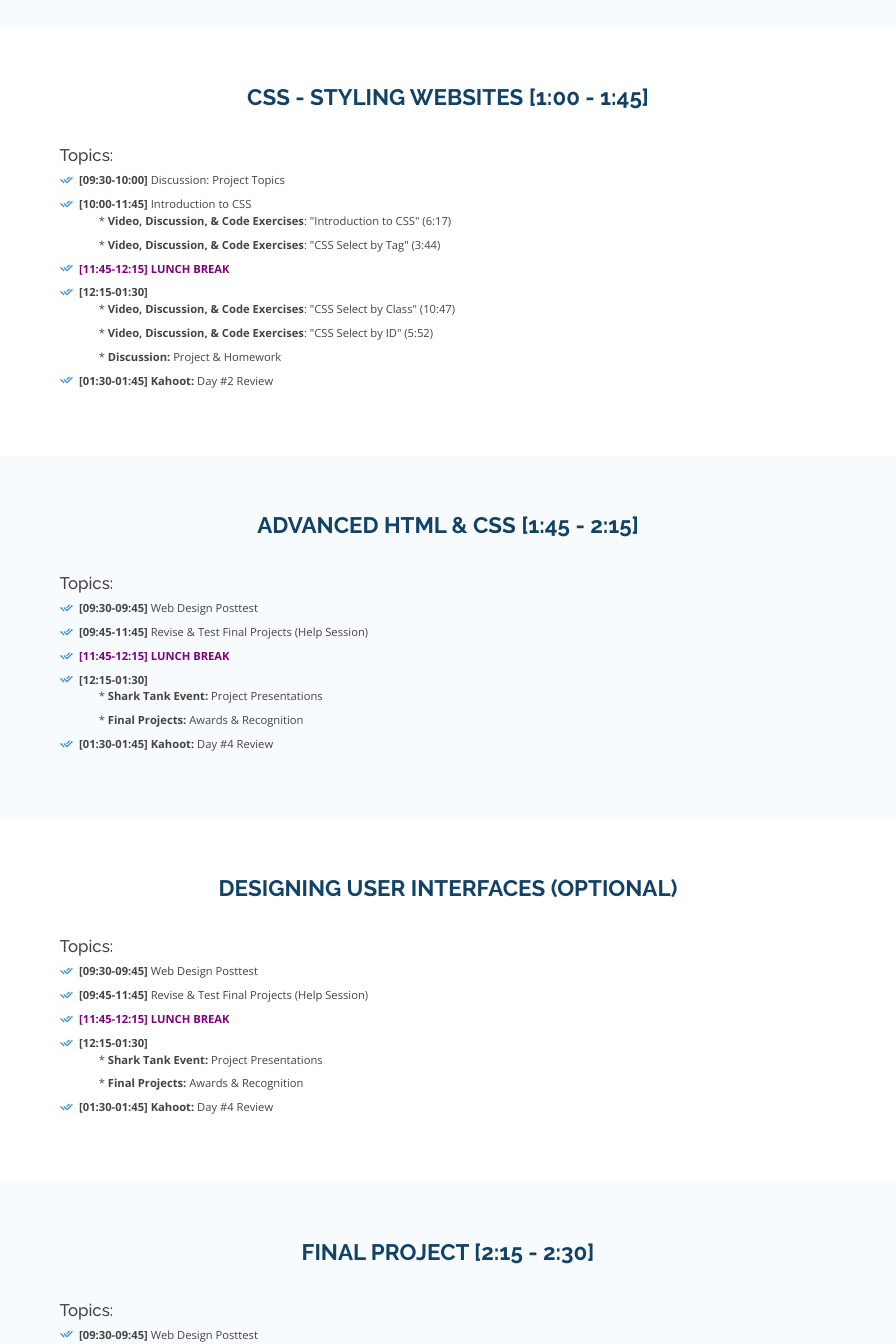
Repository: cchatmon/BMIT-Program
Page: BMIT_OnePage/index.html
The author's editor kept a record of every edit. The page is drawn from the files as they stood at one moment, then again after the next edit.
The browser window is 1280 px wide. The pictures show the part of the page from y = 1499 to 3419 px (the page is 3776 px tall before and 3708 px after), at 70% of full size.
Backgrounds fixed to the window are drawn as part of the page.

Above is the page before.

### BMIT_OnePage/index.html
<!DOCTYPE html>
<html lang="en">

<head>
  <meta charset="utf-8">
  <meta content="width=device-width, initial-scale=1.0" name="viewport">

  <title>FSU BMIT Program</title>
  <meta content="" name="descriptison">
  <meta content="" name="keywords">

  <!-- Favicons -->
  <link href="assets/img/favicon.png" rel="icon">
  <link href="assets/img/apple-touch-icon.png" rel="apple-touch-icon">

  <!-- Google Fonts -->
  <link href="https://fonts.googleapis.com/css?family=Open+Sans:300,300i,400,400i,600,600i,700,700i|Raleway:300,300i,400,400i,500,500i,600,600i,700,700i|Poppins:300,300i,400,400i,500,500i,600,600i,700,700i" rel="stylesheet">

  <!-- Vendor CSS Files -->
  <link href="assets/vendor/bootstrap/css/bootstrap.min.css" rel="stylesheet">
  <link href="assets/vendor/icofont/icofont.min.css" rel="stylesheet">
  <link href="assets/vendor/boxicons/css/boxicons.min.css" rel="stylesheet">
  <link href="assets/vendor/remixicon/remixicon.css" rel="stylesheet">
  <link href="assets/vendor/venobox/venobox.css" rel="stylesheet">
  <link href="assets/vendor/owl.carousel/assets/owl.carousel.min.css" rel="stylesheet">
  <link href="assets/vendor/aos/aos.css" rel="stylesheet">

  <!-- Template Main CSS File -->
  <link href="assets/css/style.css" rel="stylesheet">

  <!-- =======================================================
  * Template Name: OnePage - v2.0.0
  * Template URL: https://bootstrapmade.com/onepage-multipurpose-bootstrap-template/
  * Author: BootstrapMade.com
  * License: https://bootstrapmade.com/license/
  ======================================================== -->
</head>

<body>

  <!-- ======= Header ======= -->
  <header id="header" class="fixed-top">
    <div class="container d-flex align-items-center">

      <h1 class="logo mr-auto"><a href="index.html">FSU BMIT Program</a></h1>
      <!-- Uncomment below if you prefer to use an image logo -->
      <!-- <a href="index.html" class="logo mr-auto"><img src="assets/img/logo.png" alt="" class="img-fluid"></a>-->

      <nav class="nav-menu d-none d-lg-block">
        <ul>
          <li><a href="#getStarted">Getting Started</a></li>
          <li><a href="#htmlStructure">HTML - Structuring Websites</a></li>
          <li><a href="#cssStyling">CSS - Styling Websites</a></li>
          <li><a href="#advanceHTML">Advance HTML & CSS</a></li>
          <li><a href="#userInterface">Designing User Interfaces</a></li>
          <li><a href="#finalProject">Final Project</a></li>
        </ul>
      </nav><!-- .nav-menu -->
    </div>
  </header><!-- End Header -->

  <!-- ======= Hero Section ======= -->
  <section id="hero" class="d-flex align-items-center">
    <div class="container position-relative" data-aos="fade-up" data-aos-delay="100">
      <div class="row justify-content-center">
        <div class="col-xl-7 col-lg-9 text-center">
          <h1>BMIT Web Design Training</h1>
          <h2>Instructor:  Christy Chatmon</h2>
        </div>
      </div>
      </div>
  </section><!-- End Hero -->

  <main id="main">

    <!-- ======= Get Started ======= -->
    <section id="getStarted" class="about">
      <div class="container" data-aos="fade-up">

        <div class="section-title">
          <h2>Getting Started [11:45 - 12:15]</h2>
          <p>Getting Started & Structuring Websites using HTML </p>
        </div>

        <div class="row content">
          <div class="col-lg-12">
            <p>In today's world, web pages are the most common medium for sharing ideas and information.  Learning to design websites is an incredibly useful skill for any career path. The CodeHS Web Design course is a project-based course that teaches students how to build their own web pages. Students will learn the languages HTML and CSS, and will create their own live homepages to serve as portfolios of their creations. By the end of this session, students will be able to explain how web pages are developed and viewed on the Internet,analyze and fix errors in existing websites, and create their very own multi-page websites.  Students will learn the foundations of user interface design, rapid prototyping and user testing,and will work to create professional, mobile responsive websites.
            </p>
            <ul>
              <li><i class="ri-check-double-line"></i>introductions & CodeHS
                  <ul>
                    <li>* <a href="https://codehs.com/go/6C265"><u>Click to go to CodeHS</u></a></li>
                    <li>* Use the following code to join the class:  <b style="color:red;">6C265</b></li>
                    <li>* Web Development Resources:
                          <ul>
                            <li><a href="https://www.w3schools.com/">-- <u>w3schools Online Web Tutorials</u></a></li>
                            <li><a href="https://www.tutorialspoint.com/html/index.htm">-- <u>Tutorialspoint</u></a></li>
                            <li><a href="https://html.com/">-- <u>Learn HTML Code, Tags & CSS</u></a></li>
                          </ul>
                    </li>
                  </ul>
              </li>

              <li><i class="ri-check-double-line"></i><b>[12:15-12:30]</b> Web Design Pretest (15 questions)</li>


            </ul>
          </div>
        </div>
      </div>
    </section>    <!-- =======END Get Started ======= -->


    <!-- ======= HTML Structure ======= -->
    <section id="htmlStructure" class="services section-bg">
      <div class="container" data-aos="fade-up">

        <div class="section-title">
          <h2>HTML - Structuring Websites [12:15 - 1:00]</h2>
        </div>


        <div class="row content">
          <div class="col-lg-12">

            <h4>Topics:</h4>
            <ul>
                  <ul>
                    <li>* Introduction to HTML </li>
                    <li>* Structure of an HTML page </li>
                    <li>* Formatting Text </li>
                    <li>* Links </li>
                    <li>* Images </li>
                    <li>* Copyright </li>
                    <li>* HTML Lists </li>
                    <li>* HTML Styling </li>
                  </ul>
                </li>
            </ul>
          </div>
        </div>
      </div>
    </section>    <!-- ======= END HTML Structure ======= -->

    <!-- ======= CSS Styling ======= -->
    <section id="cssStyling" class="portfolio">
      <div class="container" data-aos="fade-up">

        <div class="section-title">
          <h2>CSS - Styling Websites [1:00 - 1:45]</h2>
        </div>


        <div class="row content">
          <div class="col-lg-12">

           <h4>Topics:</h4>
            <ul>
              <li><i class="ri-check-double-line"></i><b>[09:30-10:00]</b> Discussion:  Project Topics</li>

              <li><i class="ri-check-double-line"></i><b>[10:00-11:45]</b> Introduction to CSS
                  <ul>
                    <li>* <b>Video, Discussion, & Code Exercises</b>: "Introduction to CSS" (6:17) </li>
                    <li>* <b>Video, Discussion, & Code Exercises</b>:  "CSS Select by Tag" (3:44) </li>
                  </ul>
                </li>
                <li><i class="ri-check-double-line"></i><b style="color:purple;">[11:45-12:15]  LUNCH BREAK </b>
                </li>
                <li><i class="ri-check-double-line"></i><b>[12:15-01:30]</b>
                <ul>
                    <li>* <b>Video, Discussion, & Code Exercises</b>:  "CSS Select by Class" (10:47) </li>
                    <li>* <b>Video, Discussion, & Code Exercises</b>: "CSS Select by ID" (5:52) </li>
                    <li>* <b>Discussion:</b>  Project & Homework </li>
                  </ul>
              </li>
                <li><i class="ri-check-double-line"></i><b>[01:30-01:45]  Kahoot:</b>   Day #2 Review
              </li>

            </ul>
          </div>
        </div>
      </div>
    </section>    <!-- ======= END CSS Styling ======= -->

    <!-- ======= Advance HTML & CSS ======= -->
    <section id="advanceHTML" class="team section-bg">
      <div class="container" data-aos="fade-up">

        <div class="section-title">
          <h2>Advanced HTML & CSS [1:45 - 2:15]</h2>
        </div>


        <div class="row content">
          <div class="col-lg-12">

            <h4>Topics:</h4>

            <ul>
               <li><i class="ri-check-double-line"></i><b>[09:30-09:45]</b> Web Design Posttest</li>

              <li><i class="ri-check-double-line"></i><b>[09:45-11:45]</b> Revise & Test Final Projects (Help Session)
                </li>
                <li><i class="ri-check-double-line"></i><b style="color:purple;">[11:45-12:15]  LUNCH BREAK </b>
                </li>
                <li><i class="ri-check-double-line"></i><b>[12:15-01:30]</b>
                <ul>
                    <li>*  <b>Shark Tank Event:</b>  Project Presentations  </li>

                    <li>*  <b>Final Projects:  </b>Awards & Recognition  </li>
                  </ul>
              </li>
                <li><i class="ri-check-double-line"></i><b>[01:30-01:45]  Kahoot:</b>  Day #4 Review
              </li>

            </ul>
          </div>
        </div>
      </div>
    </section>    <!-- ======= END Advance HTML & CSS ======= -->

        <!-- ======= Designing User Interfaces ======= -->
    <section id="userInterface" class="about">
      <div class="container" data-aos="fade-up">

        <div class="section-title">
          <h2>Designing User Interfaces (Optional)</h2>
        </div>


        <div class="row content">
          <div class="col-lg-12">

            <h4>Topics:</h4>

            <ul>
               <li><i class="ri-check-double-line"></i><b>[09:30-09:45]</b> Web Design Posttest</li>

              <li><i class="ri-check-double-line"></i><b>[09:45-11:45]</b> Revise & Test Final Projects (Help Session)
                </li>
                <li><i class="ri-check-double-line"></i><b style="color:purple;">[11:45-12:15]  LUNCH BREAK </b>
                </li>
                <li><i class="ri-check-double-line"></i><b>[12:15-01:30]</b>
                <ul>
                    <li>*  <b>Shark Tank Event:</b>  Project Presentations  </li>

                    <li>*  <b>Final Projects:  </b>Awards & Recognition  </li>
                  </ul>
              </li>
                <li><i class="ri-check-double-line"></i><b>[01:30-01:45]  Kahoot:</b>  Day #4 Review
              </li>

            </ul>
          </div>
        </div>
      </div>
    </section><!-- ======= END Designing User Interfaces ======= -->

    <!-- ======= Final Project ======= -->
    <section id="finalProject" class="team section-bg">
      <div class="container" data-aos="fade-up">

        <div class="section-title">
          <h2>Final Project [2:15 - 2:30]</h2>
        </div>


        <div class="row content">
          <div class="col-lg-12">

           <h4>Topics:</h4>

            <ul>
               <li><i class="ri-check-double-line"></i><b>[09:30-09:45]</b> Web Design Posttest</li>

              <li><i class="ri-check-double-line"></i><b>[09:45-11:45]</b> Revise & Test Final Projects (Help Session)
                </li>
                <li><i class="ri-check-double-line"></i><b style="color:purple;">[11:45-12:15]  LUNCH BREAK </b>
                </li>
                <li><i class="ri-check-double-line"></i><b>[12:15-01:30]</b>
                <ul>
                    <li>*  <b>Shark Tank Event:</b>  Project Presentations  </li>

                    <li>*  <b>Final Projects:  </b>Awards & Recognition  </li>
                  </ul>
              </li>
                <li><i class="ri-check-double-line"></i><b>[01:30-01:45]  Kahoot:</b>  Day #4 Review
              </li>

            </ul>
          </div>
        </div>
      </div>
    </section> <!-- ======= END Final Project ======= -->


  </main><!-- End #main -->

  <!-- ======= Footer ======= -->
  <footer id="footer">

    <div class="container d-md-flex py-4">

      <div class="mr-md-auto text-center text-md-left">
        <div class="copyright">
          &copy; Copyright <strong><span>FSU BMIT Program 2022</span></strong>. All Rights Reserved
        </div>

  </footer><!-- End Footer -->

  <a href="#" class="back-to-top"><i class="ri-arrow-up-line"></i></a>
  <div id="preloader"></div>

  <!-- Vendor JS Files -->
  <script src="assets/vendor/jquery/jquery.min.js"></script>
  <script src="assets/vendor/bootstrap/js/bootstrap.bundle.min.js"></script>
  <script src="assets/vendor/jquery.easing/jquery.easing.min.js"></script>
  <script src="assets/vendor/php-email-form/validate.js"></script>
  <script src="assets/vendor/waypoints/jquery.waypoints.min.js"></script>
  <script src="assets/vendor/counterup/counterup.min.js"></script>
  <script src="assets/vendor/venobox/venobox.min.js"></script>
  <script src="assets/vendor/owl.carousel/owl.carousel.min.js"></script>
  <script src="assets/vendor/isotope-layout/isotope.pkgd.min.js"></script>
  <script src="assets/vendor/aos/aos.js"></script>

  <!-- Template Main JS File -->
  <script src="assets/js/main.js"></script>

</body>

</html>

Loaded but not shown: BMIT_OnePage/assets/vendor/bootstrap/css/bootstrap.min.css (library); BMIT_OnePage/assets/vendor/icofont/icofont.min.css (library); BMIT_OnePage/assets/vendor/boxicons/css/boxicons.min.css (library); BMIT_OnePage/assets/vendor/remixicon/remixicon.css (library); BMIT_OnePage/assets/vendor/venobox/venobox.css (library); BMIT_OnePage/assets/vendor/owl.carousel/assets/owl.carousel.min.css (library); BMIT_OnePage/assets/vendor/aos/aos.css (library); BMIT_OnePage/assets/vendor/jquery/jquery.min.js (library); BMIT_OnePage/assets/vendor/bootstrap/js/bootstrap.bundle.min.js (library); BMIT_OnePage/assets/vendor/jquery.easing/jquery.easing.min.js (common file); BMIT_OnePage/assets/vendor/php-email-form/validate.js (library); BMIT_OnePage/assets/vendor/waypoints/jquery.waypoints.min.js (library); BMIT_OnePage/assets/vendor/counterup/counterup.min.js (common file); BMIT_OnePage/assets/vendor/venobox/venobox.min.js (library); BMIT_OnePage/assets/vendor/owl.carousel/owl.carousel.min.js (library); BMIT_OnePage/assets/vendor/isotope-layout/isotope.pkgd.min.js (library); BMIT_OnePage/assets/vendor/aos/aos.js (library); BMIT_OnePage/assets/js/main.js (207 lines, source omitted); BMIT_OnePage/assets/css/style.css (2029 lines, source omitted)

After the next edit:
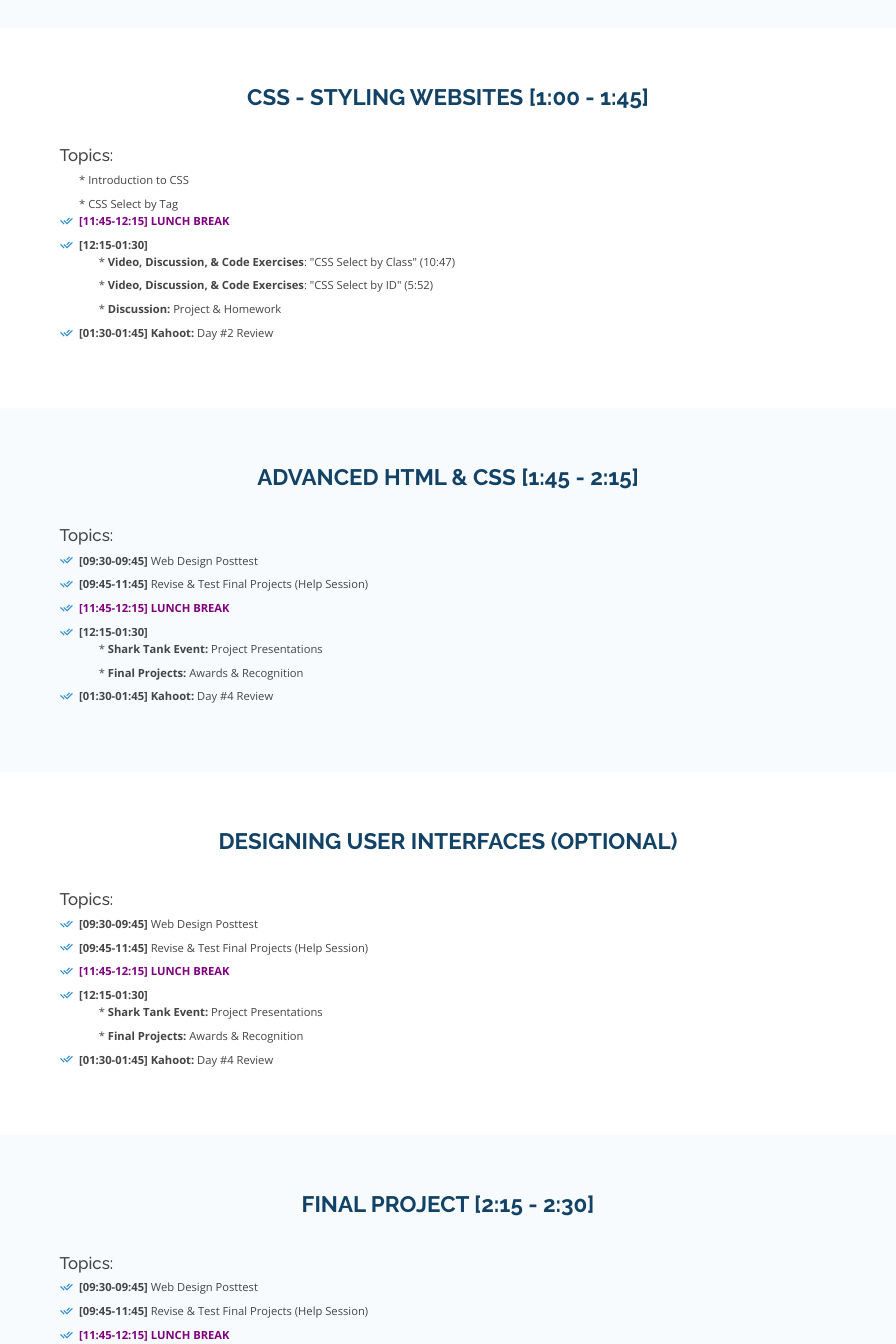
The edit:
--- a/BMIT_OnePage/index.html
+++ b/BMIT_OnePage/index.html
@@ -156,12 +156,9 @@
 
            <h4>Topics:</h4>
             <ul>
-              <li><i class="ri-check-double-line"></i><b>[09:30-10:00]</b> Discussion:  Project Topics</li>
-
-              <li><i class="ri-check-double-line"></i><b>[10:00-11:45]</b> Introduction to CSS
                   <ul>
-                    <li>* <b>Video, Discussion, & Code Exercises</b>: "Introduction to CSS" (6:17) </li>
-                    <li>* <b>Video, Discussion, & Code Exercises</b>:  "CSS Select by Tag" (3:44) </li>
+                    <li>* Introduction to CSS</li>
+                    <li>* CSS Select by Tag</li>
                   </ul>
                 </li>
                 <li><i class="ri-check-double-line"></i><b style="color:purple;">[11:45-12:15]  LUNCH BREAK </b>
